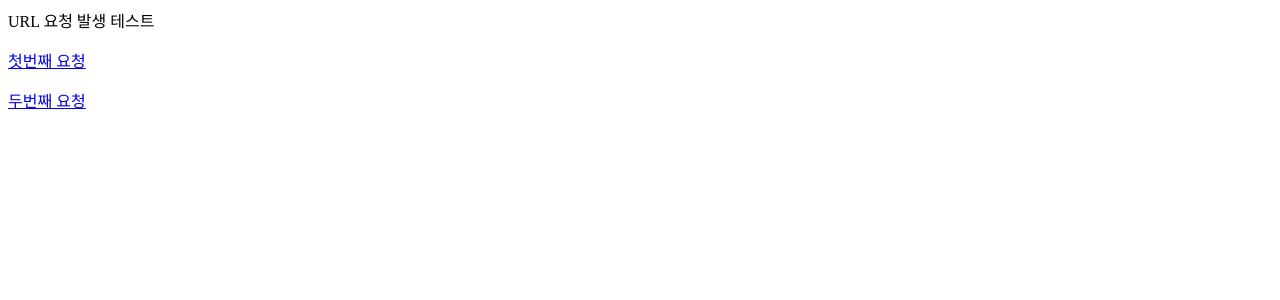
Repository: man332414/myJspStudy
Page: jsp_example/src/main/webapp/index.html
The author's editor kept a copy of each file at every save. The page is drawn from the files as they stood at one save, then again after the next save.
The browser window is 1280 px wide. The pictures show the whole page.

Above is the page before, as saved 2024-10-07 06:09:09.

### jsp_example/src/main/webapp/index.html
<!DOCTYPE html>
<html>
<head>
<meta charset="UTF-8">
<title>index</title>
</head>
<body>
	URL 요청 발생 테스트
	<p>
	<!-- Step 1. URL 만들기 -->
		<!-- http://localhost:8080/jsp_example/first -->
		<a href = "first"> 첫번째 요청</a>
	</p>
		<p>
	<!-- Step 1. URL 만들기 -->
		<!-- http://localhost:8080/jsp_example/first -->
		<a href = "second"> 두번째 요청</a>
	</p>

</body>
</html>

After the next save:
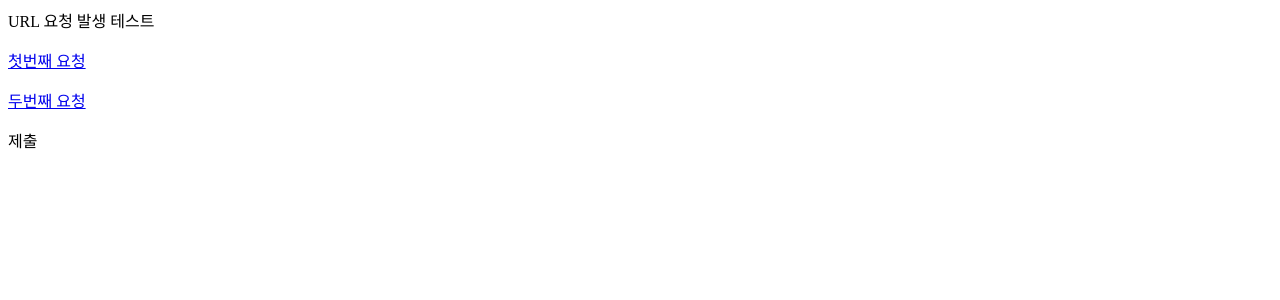
Saved 104 s later.
--- a/jsp_example/src/main/webapp/index.html
+++ b/jsp_example/src/main/webapp/index.html
@@ -17,5 +17,9 @@
 		<a href = "second"> 두번째 요청</a>
 	</p>
 
+	<form action="">
+		<summit>제출</summit>
+	</form>
+
 </body>
 </html>
